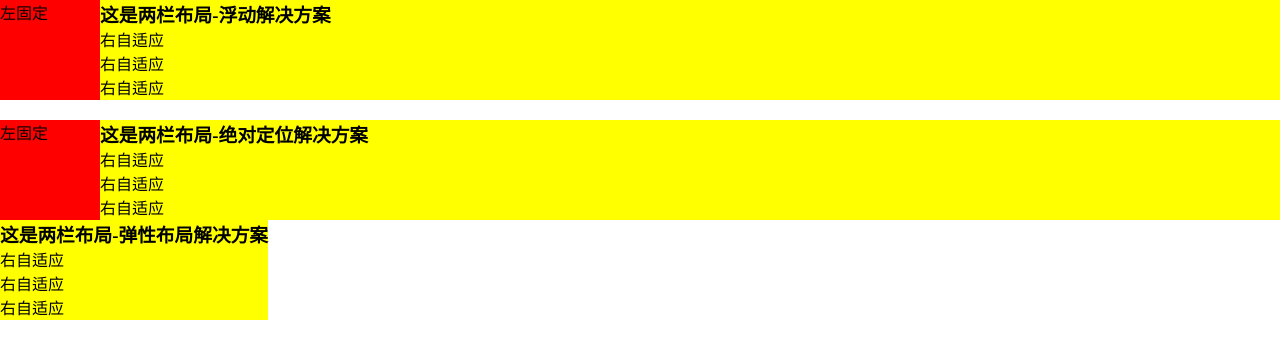
Repository: Qianfane/Blog
Page: 面试相关/测试/2-1、两栏布局-左固定右自适应.html
An editor plug-in stored every save of this project. The page is shown before and after the next save, followed by the edit.
The browser window is 1280 px wide. The pictures show the whole page.

Above is the page before, as saved 2022-01-03 16:10:50.

After the next save:
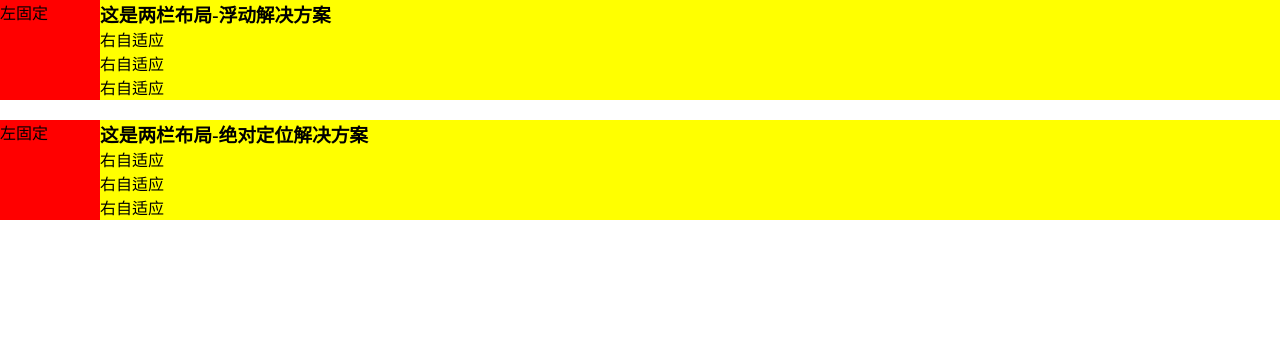
Saved 27 s later.
--- a/面试相关/测试/2-1、两栏布局-左固定右自适应.html
+++ b/面试相关/测试/2-1、两栏布局-左固定右自适应.html
@@ -80,7 +80,7 @@
     <!-- 弹性布局解决方案 -->
     <section class="layout flexbox">
         <style>
-            .layout.flexbox {
+            .layout.flexbox .left-right {
                 display: flex;
             }
             .layout.flexbox .left {
